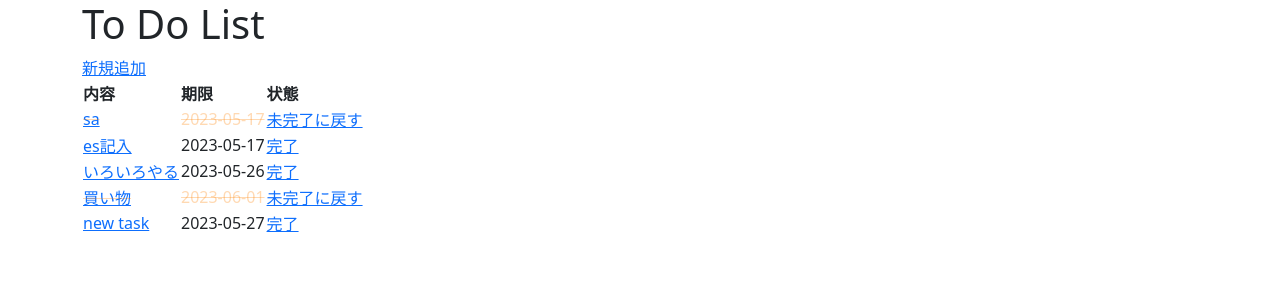
Repository: sgmtg/ToDoList
Page: http://localhost/
The author's editor kept a record of every edit. The page is drawn from the files as they stood at one moment, then again after the next edit.
The browser window is 1280 px wide. The pictures show the whole page.
The page is served by the project's application, run on Flask 3 (app.py). The page reads the database file committed with the project.

Above is the page before.

### templates/index.html
{% extends 'base.html' %}

{% block body %}
<div class="container">
  <div class="row">
    <div>
        <h1>To Do List</h1>
        <a href="/create">新規追加</a>
        <table>
            </th><th>内容</th><th>期限</th><th>状態</th></tr>
        <tbody>
        {% for post in posts %}
            <tr>
                <span>
                <td  {% if post.done %} class="done" {% endif %}><a href="/detail/{{ post.id }}" role="button">{{ post.title }}</a></td>
                <td  {% if post.done %} class="done" {% endif %}>{{ post.due.date() }}</td>
                </span>
                <td><a href="/change_status/{{ post.id }}">{% if post.done %}未完了に戻す{% else %}完了{% endif %}</a></td>

            </tr>
        {% endfor %}
        </tbody>
        </table>
    </div>
  </div>
</div>
{% endblock %}

### templates/base.html
<html lang="ja">
    <head>
        <title>My To Do List</title>
        <meta charset="UTF-8">
        <meta name="viewport" content="width=device-width, initial-scale=1.0">
        <link rel="stylesheet" href="/static/css/style.css">
        <link href="https://cdn.jsdelivr.net/npm/bootstrap@5.0.2/dist/css/bootstrap.min.css" rel="stylesheet" integrity="sha384-EVSTQN3/azprG1Anm3QDgpJLIm9Nao0Yz1ztcQTwFspd3yD65VohhpuuCOmLASjC" crossorigin="anonymous">
        {% block head %}{% endblock %}
    </head>
    <body>
       {% block body %}{% endblock %}
    </body>
</html>

### app.py
from flask import Flask, request, render_template, redirect, url_for
from flask_sqlalchemy import SQLAlchemy
from datetime import datetime

app = Flask(__name__)
app.config['SQLALCHEMY_DATABASE_URI'] = 'sqlite:///todo.db'  # todo.dbという名前のdbを設定
db = SQLAlchemy(app)  # dbを生成



class Post(db.Model):
    id = db.Column(db.Integer, primary_key=True)  # 主キー
    title = db.Column(db.String(30), nullable=False)
    detail = db.Column(db.String(100))  # 空でもok
    due = db.Column(db.DateTime, nullable=False)  # 日付型を指定
    done = db.Column(db.Boolean, default=False)  # 完了かどうか



@app.route('/', methods=['GET', 'POST'])
def index():
    if request.method == 'GET':
        posts = Post.query.all()
        return render_template('index.html', posts=posts)

    else:
        title = request.form.get('title')
        detail = request.form.get('detail')
        due = request.form.get('due')

        due = datetime.strptime(due, '%Y-%m-%d')  # フォームから文字列を受け取るため日付型に変換
        new_post = Post(title=title, detail=detail, due=due)

        db.session.add(new_post)
        db.session.commit()
        return redirect('/')

@app.route('/create')
def create():
    return render_template('create.html')


@app.route('/detail/<int:id>')
def detail(id):
    post = Post.query.get(id)  # 該当するidの投稿内容を取得
    return render_template('detail.html', post=post)

@app.route('/change_status/<int:id>')
def change_status(id):
    app.logger.info(id)

    post = Post.query.get(id)
    app.logger.info(post)

    post.done = not post.done
    db.session.commit()
    return redirect('/')


# アプリケーションコンテキスト内でデータベース操作を行うための関数を作成
def create_tables():
    db.create_all()


if __name__ == "__main__":
    app.run(port=3000, debug=True)  # 8080
    create_tables()

### static/css/style.css

.done {
  text-decoration: line-through;
  color: hsla(30, 100%, 50%, .3);
}

### instance/todo.db (the tables this page reads, as SQL)
CREATE TABLE post (
	id INTEGER NOT NULL, 
	title VARCHAR(30) NOT NULL, 
	detail VARCHAR(100), 
	due DATETIME NOT NULL, 
	done BOOLEAN, 
	PRIMARY KEY (id)
);
INSERT INTO "post" VALUES
(1, 'sa', '上記の修正では、app.app_context()のコンテキストマネージャを使用してアプリケーションコンテキストを作成し、その中でdb.create_all()を実行しています。これにより、アプリケーションコンテキスト内でデータベース操作が行われます。', '2023-05-17 00:00:00.000000', 1),
(2, 'es記入', 'さまざまな Forms (フォーム) を作成するための control styles (フォームコントロールスタイル)、layout options (レイアウトオプション)、custom components (カスタムコンポ', '2023-05-17 00:00:00.000000', 0),
(3, 'いろいろやる', '', '2023-05-26 00:00:00.000000', 0),
(4, '買い物', 'ここに詳細を記入', '2023-06-01 00:00:00.000000', 1),
(5, 'new task', 'hogehoge', '2023-05-27 00:00:00.000000', 0);

After the next edit:
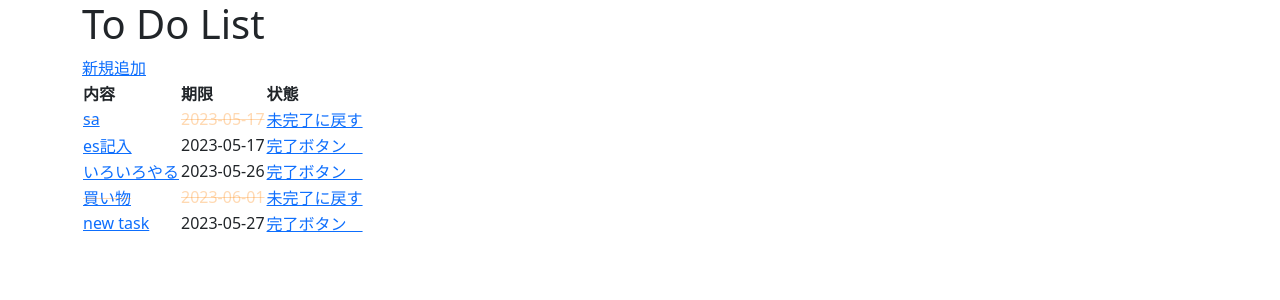
The edit:
--- a/templates/index.html
+++ b/templates/index.html
@@ -15,7 +15,7 @@
                 <td  {% if post.done %} class="done" {% endif %}><a href="/detail/{{ post.id }}" role="button">{{ post.title }}</a></td>
                 <td  {% if post.done %} class="done" {% endif %}>{{ post.due.date() }}</td>
                 </span>
-                <td><a href="/change_status/{{ post.id }}">{% if post.done %}未完了に戻す{% else %}完了{% endif %}</a></td>
+                <td><a href="/change_status/{{ post.id }}">{% if post.done %}未完了に戻す{% else %}完了ボタン　{% endif %}</a></td>
 
             </tr>
         {% endfor %}
